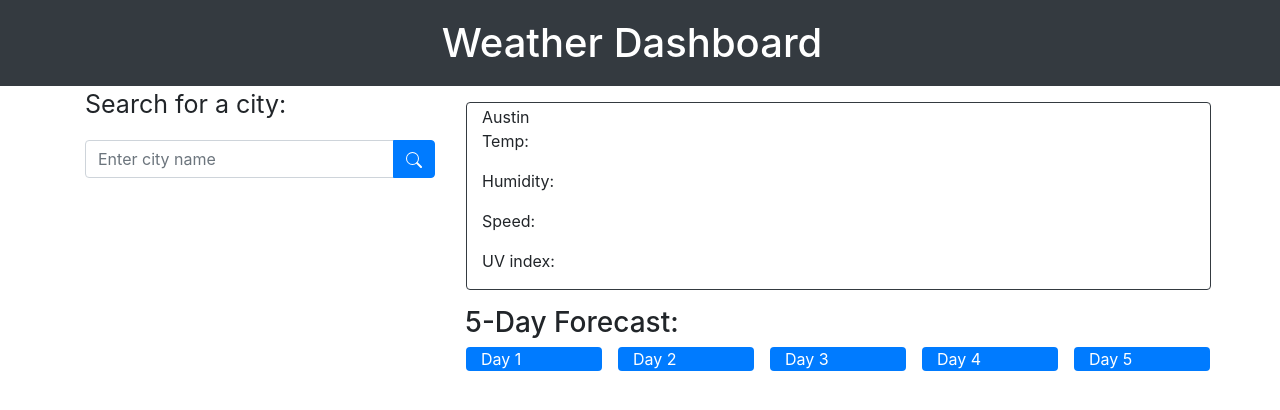
Repository: himaja830/Weather-Dashboard
Page: index.html
An editor plug-in stored every save of this project. The page is shown before and after the next save, followed by the edit.
The browser window is 1280 px wide. The pictures show the whole page.
Some web libraries are served in a nearby version.

Above is the page before, as saved 2020-06-28 19:26:00.

### index.html
<!DOCTYPE html>
<html lang="en">

<head>
    <meta charset="UTF-8">
    <meta name="viewport" content="width=device-width, initial-scale=1.0">
    <title>Weather Dashboard</title>
    <link rel="stylesheet" href="https://stackpath.bootstrapcdn.com/bootstrap/4.5.0/css/bootstrap.min.css"
        integrity="sha384-9aIt2nRpC12Uk9gS9baDl411NQApFmC26EwAOH8WgZl5MYYxFfc+NcPb1dKGj7Sk" crossorigin="anonymous">
    <link rel="stylesheet" href="assets/style.css">
</head>

<body>
    <nav class="navbar navbar-dark bg-dark">
        <span class="navbar-brand mb-0 h1 w-100 text-center">Weather Dashboard</span>
    </nav>
    <div class="container">
        <div class="row">
            <div class="col-4">
                <p class="searchHeader">Search for a city:</p>
                <div class="input-group mb-3">
                    <input id="city-input" type="text" class="form-control" placeholder="Enter city name"
                        aria-label="Enter city name">
                    <div class="input-group-append">
                        <button class="btn btn-primary" type="button" id="button-addon2">
                            <svg width="1em" height="1em" viewBox="0 0 16 16" class="bi bi-search" fill="currentColor"
                                xmlns="http://www.w3.org/2000/svg">
                                <path fill-rule="evenodd"
                                    d="M10.442 10.442a1 1 0 0 1 1.415 0l3.85 3.85a1 1 0 0 1-1.414 1.415l-3.85-3.85a1 1 0 0 1 0-1.415z" />
                                <path fill-rule="evenodd"
                                    d="M6.5 12a5.5 5.5 0 1 0 0-11 5.5 5.5 0 0 0 0 11zM13 6.5a6.5 6.5 0 1 1-13 0 6.5 6.5 0 0 1 13 0z" />
                            </svg>
                        </button>
                    </div>
                </div>
                <form id="searchHistory"></form>
            </div>
            <div class="col-8">
                <div class="row mr-0">
                    <div class="col-12 border border-dark m-3 rounded">
                        <div class="row">
                            <div class="col-12">
                                <span id="city-name" class="city-name align-middle">Austin</span>
                             </div>
                        </div>
                        <div class="row">
                            <div class="col-12">
                                <p id="temperature">Temp:</p>
                            </div>
                        </div>
                        <div class="row">
                            <div class="col-12">
                                <p id="humidity">Humidity:</p>
                            </div>
                        </div>
                        <div class="row">
                            <div class="col-12">
                                <p id="wind-speed">Speed:</p>
                            </div>
                        </div>
                        <div class="row">
                            <div class="col-12 d-flex">
                                <p id="UV-index">UV index:</p>
                            </div>
                        </div>
                    </div>
                </div>
                <div class="row">
                    <div class="col-12">
                        <h3>5-Day Forecast:</h3>
                    </div>
                </div>
                <div class="row">
                    <div class="col forecast bg-primary text-white ml-3 mb-3 rounded"> Day 1</div>
                    <div class="col forecast bg-primary text-white ml-3 mb-3 rounded">Day 2</div>
                    <div class="col forecast bg-primary text-white ml-3 mb-3 rounded">Day 3</div>
                    <div class="col forecast bg-primary text-white ml-3 mb-3 rounded">Day 4</div>
                    <div class="col forecast bg-primary text-white ml-3 mb-3 rounded">Day 5</div>
                </div>
            </div>
        </div>
    </div>
    <script src="https://cdnjs.cloudflare.com/ajax/libs/jquery/3.2.1/jquery.min.js"></script>
    <script src="assets/script.js"></script>
</body>

</html>

### assets/style.css
.navbar-brand{
    font-size:40px;
}
.searchHeader{
    font-size: 25px;
}

### assets/script.js
$(document).ready(function(){
//getWeatherData function re-renders the HTMLto display the appropriate content
$("#button-addon2").on("click",function(event) {
    event.preventDefault();
var cityName = $("#city-input").val();
var apiKey = "5f584dea4905bdcfd827fd723b8f4edf";
var queryURL = "https://api.openweathermap.org/data/2.5/weather?q=" +cityName+"&units=imperial&appid=" + apiKey;
console.log(cityName);
console.log(queryURL);
//Creating an AJAX call forthe specific search button being clicked
$.ajax({
    url: queryURL,
    method: "GET"
}).then(function(response){
    $("#city-name").innerHTML = response.data.name;









})




    })
})

After the next save:
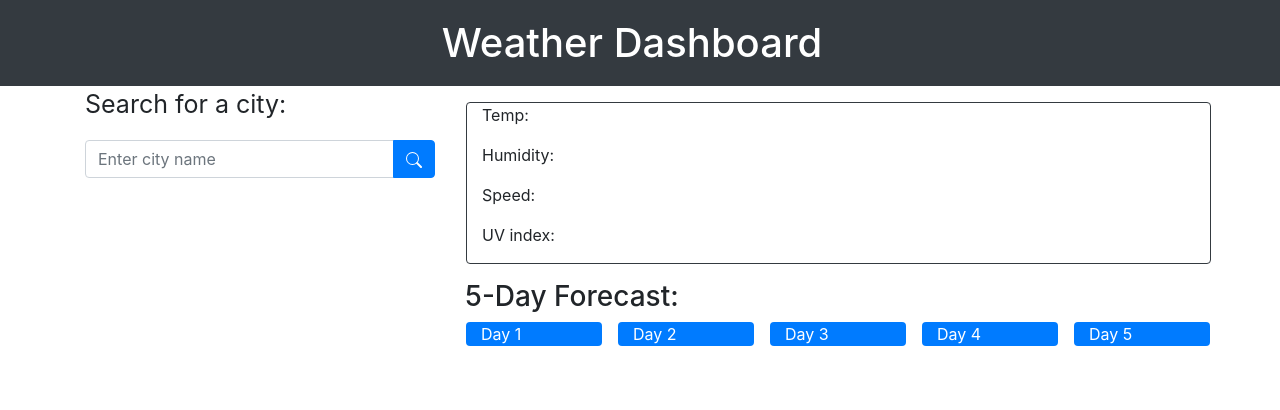
Saved 52 s later.
--- a/index.html
+++ b/index.html
@@ -40,7 +40,7 @@
                     <div class="col-12 border border-dark m-3 rounded">
                         <div class="row">
                             <div class="col-12">
-                                <span id="city-name" class="city-name align-middle">Austin</span>
+                                <span id="city-name" class="city-name align-middle"></span>
                              </div>
                         </div>
                         <div class="row">
